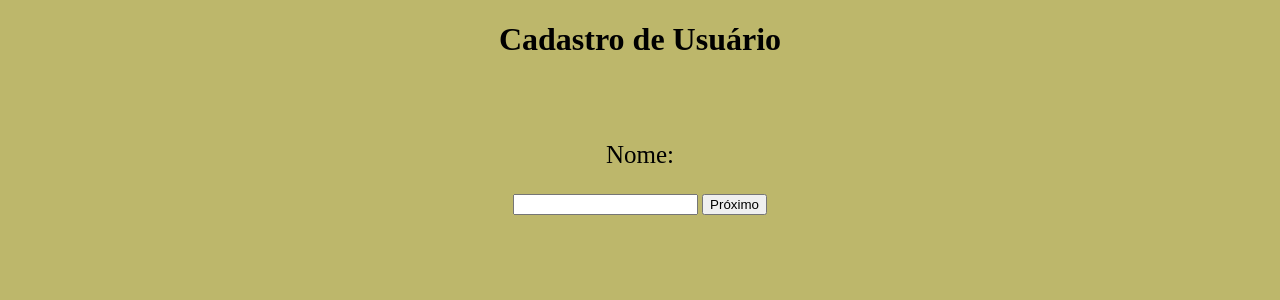
Repository: yoda4ever/playground
Page: http://localhost/Mod06_ex02B/tela1.jsp
The author's editor kept a copy of each file at every save. The page is drawn from the files as they stood at one save, then again after the next save.
The browser window is 1280 px wide. The pictures show the whole page.
The page is served by Tomcat 9. Other server files are loaded and not shown.

Above is the page before, as saved 2017-05-06 15:43:44.

### Mod06_ex02B/WebContent/tela1.jsp
<%@ page language="java" contentType="text/html; charset=ISO-8859-1"
    pageEncoding="ISO-8859-1"%>
<!DOCTYPE html PUBLIC "-//W3C//DTD HTML 4.01 Transitional//EN" "http://www.w3.org/TR/html4/loose.dtd">
<html>
<head>
<meta http-equiv="Content-Type" content="text/html; charset=ISO-8859-1">
<title>Cadastro</title>
</head>
<body style="background-color: darkkhaki;">

		<center>
			<h1>Cadastro de Usuário</h1>
		</center>

		<br><br>

		<center>
			<form action="Cadastrar" method="post">
				<input type="hidden" name="pagina" value="1"
				style="height: 25px; width: 26%; font-size: 26px;">

				<p style="font-size: 25px;font-family: cursive;"> Nome:</p>
				<input type="text" maxlength="20" name="nome">
				<button>Próximo</button>
			</form>
		</center>



</body>
</html>

After the next save:
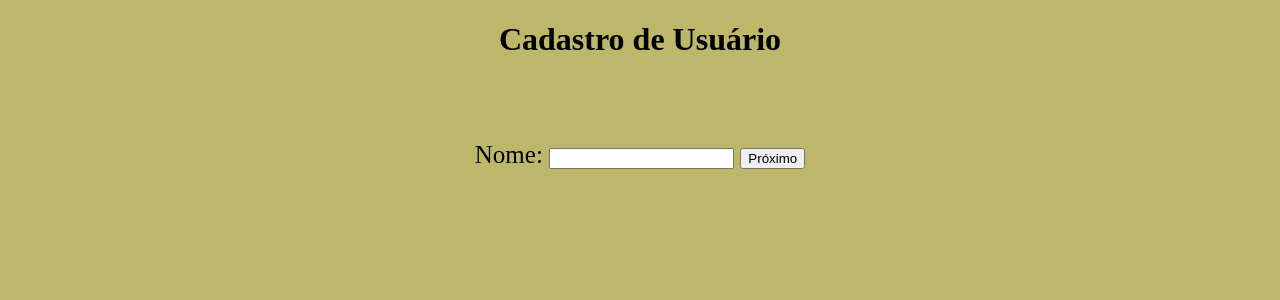
Saved 38 s later.
--- a/Mod06_ex02B/WebContent/tela1.jsp
+++ b/Mod06_ex02B/WebContent/tela1.jsp
@@ -19,7 +19,7 @@
 				<input type="hidden" name="pagina" value="1"
 				style="height: 25px; width: 26%; font-size: 26px;">
 
-				<p style="font-size: 25px;font-family: cursive;"> Nome:</p>
+				<p style="font-size: 25px;font-family: cursive;"> Nome:
 				<input type="text" maxlength="20" name="nome">
 				<button>Próximo</button>
 			</form>
